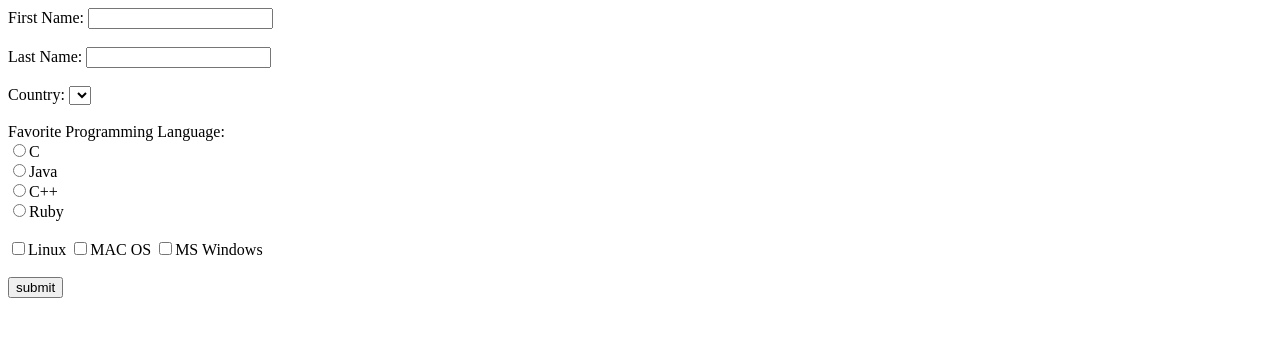
Repository: NishaGarg17/spring-mvc-demo
Page: http://localhost/spring-mvc-demo/WEB-INF/view/student-form.jsp
These files come from the project's save history. The page is drawn as it stood at one moment and after the next save; the edit follows.
The browser window is 1280 px wide. The pictures show the whole page.
The page is served by Tomcat 9. Nobody is signed in. The template is opened directly, without the code that normally fills it, so the values that code supplies are empty.

Above is the page before, as saved 2019-01-20 07:30:21.

After the next save:
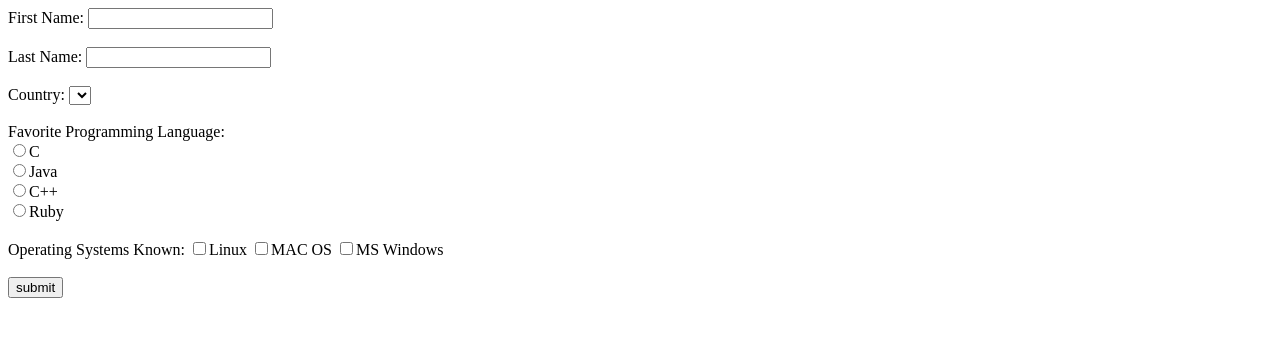
Saved 3 s later.
--- a/spring-mvc-demo/WebContent/WEB-INF/view/student-form.jsp
+++ b/spring-mvc-demo/WebContent/WEB-INF/view/student-form.jsp
@@ -38,6 +38,7 @@
 		<br />
 		<%-- <form:radiobuttons path="favoriteLanguage" items="${student.languageOptions}"/> --%>
 		<br />
+		Operating Systems Known:
 		<form:checkbox path="operatingSystems" value="Linux"/>Linux
 		<form:checkbox path="operatingSystems" value="MAC OS"/>MAC OS
 		<form:checkbox path="operatingSystems" value="MS Windows"/>MS Windows
